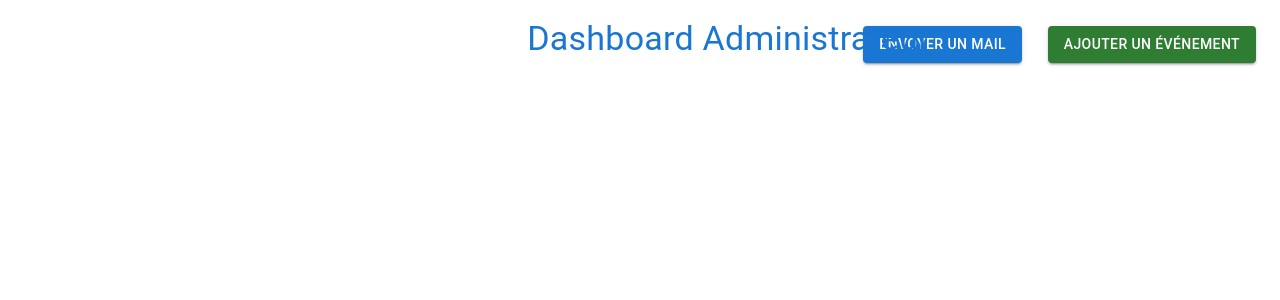
Repository: clement-chn/challenge-48h
Page: /dashboard (app in front/)
These files come from the project's save history. The page is drawn as it stood at one moment and after the next save; the edit follows.
The browser window is 1280 px wide. The pictures show the whole page.
The project was rebuilt for these pictures with package versions that can differ from the ones it lists, and the page was loaded fresh each time. Also part of the build but not shown: front/vite.config.js.

Above is the page before, as saved 2025-04-03 13:12:15.

### front/src/App.jsx
import './App.css'
import { BrowserRouter as Router, Routes, Route, Navigate } from 'react-router-dom'
import Connexion from './Routes/connexion.jsx'
import Dashboard from './Routes/dashboard.jsx'
import Inscription from './Routes/inscriptions.jsx'

function App() {
  return (
    <>
      <Router>
        <div className="min-h-screen bg-gray-50 text-gray-900">

          <Routes>
            <Route path="/" element={<Connexion />} />
            <Route path="/dashboard" element={<Dashboard />} />
            <Route path="/inscription" element={<Inscription />} />
            <Route path="*" element={<Navigate to="/" />} />
          </Routes>
        </div>
      </Router>
    </>
  )
}

export default App

### front/src/Routes/connexion.jsx
const Connexion = () => {



}

export default Connexion;

### front/src/Routes/dashboard.jsx
import React, { useState } from 'react';
import { Button, Typography, Box, Card, CardContent, IconButton } from '@mui/material';
import EditIcon from '@mui/icons-material/Edit';
import DeleteIcon from '@mui/icons-material/Delete';
import ModalCreeEvent from '../Components/ModalCreeEvent'; // Import du nouveau composant

const AdminDashboard = () => {
  const [open, setOpen] = useState(false);
  const [events, setEvents] = useState([]); // Liste des événements
  const [eventData, setEventData] = useState({
    title: '',
    date: '',
    description: '',
  });

  // Ouvrir et fermer la modal
  const handleOpen = () => setOpen(true);
  const handleClose = () => {
    setOpen(false);
    setEventData({ title: '', date: '', description: '' }); // Réinitialiser le formulaire
  };

  // Gérer les changements dans le formulaire
  const handleChange = (e) => {
    setEventData({ ...eventData, [e.target.name]: e.target.value });
  };

  // Ajouter un nouvel événement
  const handleSubmit = (e) => {
    e.preventDefault();
    setEvents([...events, { ...eventData, id: Date.now() }]); // Ajoute l'événement avec un ID unique
    handleClose();
  };

  // Supprimer un événement
  const handleDelete = (id) => {
    setEvents(events.filter(event => event.id !== id));
  };

  return (
    <Box sx={{ p: 3 }}>
      {/* Conteneur pour positionner le bouton */}
      <Box sx={{ position: 'absolute', top: 18, right: 16, borderRadius: 1,  p: 1 }}>
        <Button variant="contained" color="success" onClick={handleOpen}> {/* Changement de la couleur en vert */}
          Ajouter un événement
        </Button>
      </Box>

      {/* Bouton pour envoyer un mail */}
      <Box sx={{ position: 'absolute', top: 18, right: 250, borderRadius: 1, p: 1 }}>
        <Button variant="contained" color="primary" onClick={() => alert('Mail envoyé !')}>
          Envoyer un mail
        </Button>
      </Box>

      <Typography variant="h4" color="primary" sx={{ mb: 3, textAlign: 'center', position: 'absolute', top: 18, right: 350 }}>
        Dashboard Administrateur
      </Typography>

      {/* Liste des événements */}
      {events.map((event) => (
        <Card key={event.id} sx={{ mb: 2, p: 2, display: 'flex', justifyContent: 'space-between', alignItems: 'center' }}>
          <CardContent>
            <Typography variant="subtitle2" color="textSecondary">
              {event.date}
            </Typography>
            <Typography variant="h6">{event.title}</Typography>
            <Typography variant="body2" color="textSecondary">
              {event.description}
            </Typography>
          </CardContent>
          {/* Boutons Modifier & Supprimer */}
          <Box>
            <IconButton color="primary">
              <EditIcon />
            </IconButton>
            <IconButton color="error" onClick={() => handleDelete(event.id)}>
              <DeleteIcon />
            </IconButton>
          </Box>
        </Card>
      ))}

      {/* Utilisation du composant ModalCreeEvent */}
      <ModalCreeEvent
        open={open}
        handleClose={handleClose}
        handleSubmit={handleSubmit}
        handleChange={handleChange}
        eventData={eventData}
      />
    </Box>
  );
};

export default AdminDashboard;

### front/src/Routes/inscriptions.jsx
const Inscription = () => {



}

export default Inscription;

### front/src/Components/ModalCreeEvent.jsx
import React from 'react';
import { Box, Typography, Modal, TextField, Button } from '@mui/material';

const ModalCreeEvent = ({ open, handleClose, handleSubmit, handleChange, eventData }) => {
  return (
    <Modal open={open} onClose={handleClose} aria-labelledby="modal-title">
      <Box
        sx={{
          position: 'absolute',
          top: '50%',
          left: '50%',
          transform: 'translate(-50%, -50%)',
          width: 400,
          bgcolor: 'background.paper',
          boxShadow: 24,
          p: 4,
          borderRadius: 2,
        }}
      >
        <Typography id="modal-title" variant="h6" sx={{ mb: 2 }}>
          Créer un nouvel événement
        </Typography>

        {/* Formulaire */}
        <form onSubmit={handleSubmit}>
          <TextField
            label="Titre de l'événement"
            name="title"
            fullWidth
            required
            margin="dense"
            value={eventData.title}
            onChange={handleChange}
          />
          <TextField
            label="Date"
            type="date"
            name="date"
            fullWidth
            required
            margin="dense"
            InputLabelProps={{ shrink: true }}
            value={eventData.date}
            onChange={handleChange}
          />
          <TextField
            label="Description"
            name="description"
            fullWidth
            multiline
            rows={3}
            margin="dense"
            value={eventData.description}
            onChange={handleChange}
          />

          <Box sx={{ display: 'flex', justifyContent: 'space-between', mt: 3 }}>
            <Button variant="contained" color="error" onClick={handleClose}>
              Annuler
            </Button>
            <Button variant="contained" color="primary" type="submit">
              Créer
            </Button>
          </Box>
        </form>
      </Box>
    </Modal>
  );
};

export default ModalCreeEvent;

Loaded but not shown: front/index.html (common file); front/src/main.jsx (common file); front/src/index.css (common file); front/src/App.css (common file)

After the next save:
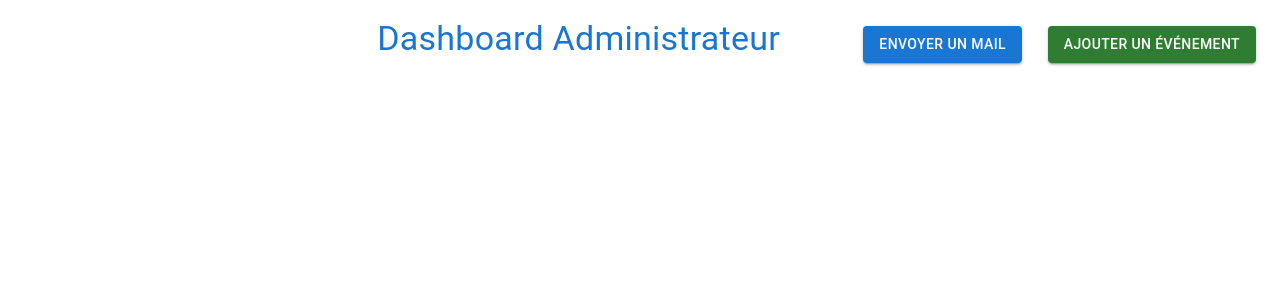
Saved 7 s later.
--- a/front/src/Routes/dashboard.jsx
+++ b/front/src/Routes/dashboard.jsx
@@ -53,7 +53,7 @@ const AdminDashboard = () => {
         </Button>
       </Box>
 
-      <Typography variant="h4" color="primary" sx={{ mb: 3, textAlign: 'center', position: 'absolute', top: 18, right: 350 }}>
+      <Typography variant="h4" color="primary" sx={{ mb: 3, textAlign: 'center', position: 'absolute', top: 18, right: 500 }}>
         Dashboard Administrateur
       </Typography>
 
